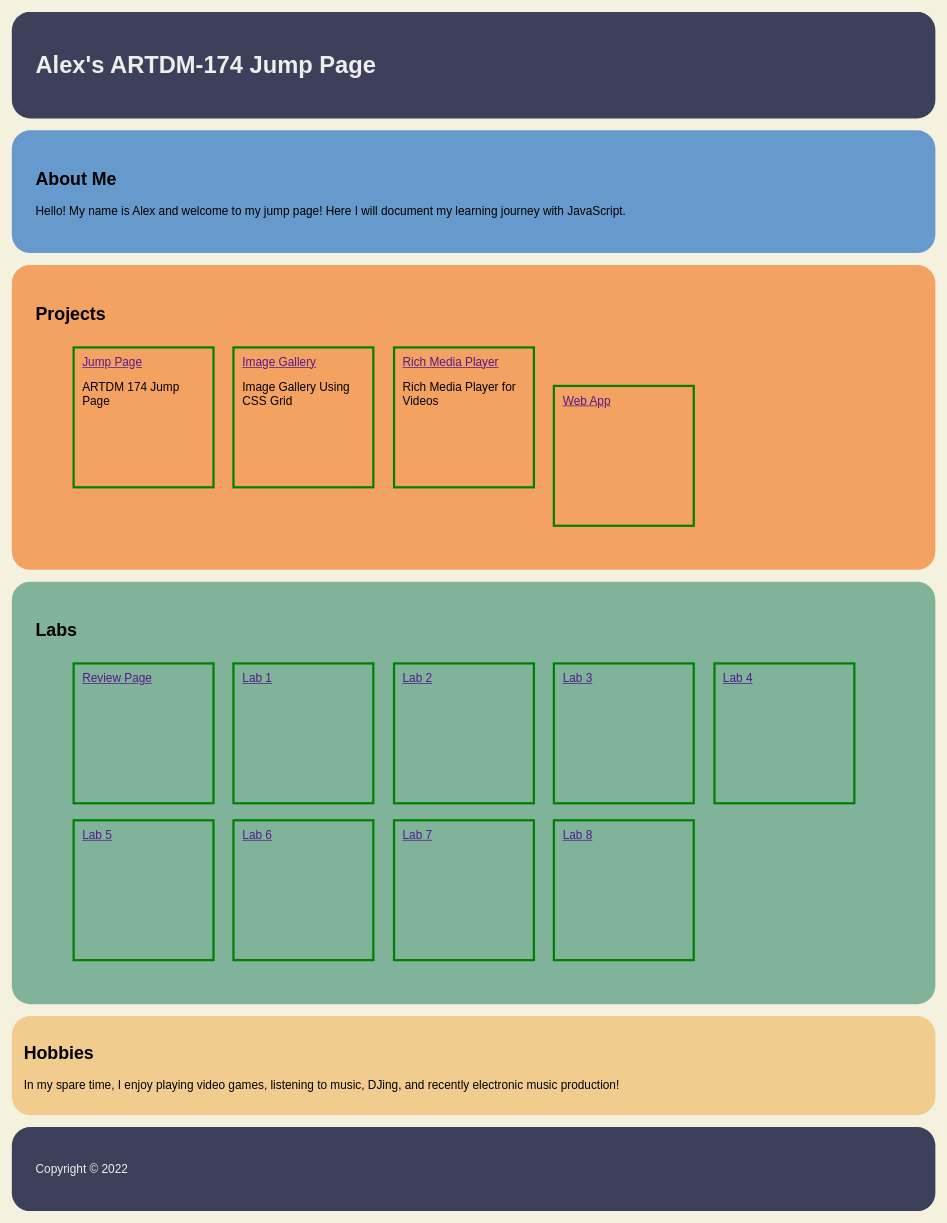
Repository: alexmaddux99/ARTDM-174
Page: CSS Animation/index.html
These files come from the project's save history. The page is drawn as it stood at one moment and after the next save; the edit follows.
The browser window is 1280 px wide. The pictures show the whole page, at 74% of full size.
Some web fonts or font styles are not loaded; a fallback is used.

Above is the page before, as saved 2022-02-10 13:28:57.

### CSS Animation/index.html
<!DOCTYPE html>
<html lang="en">
<head>
    <meta charset="UTF-8">
    <meta http-equiv="X-UA-Compatible" content="IE=edge">
    <meta name="viewport" content="width=device-width, initial-scale=1.0">
    <link rel="stylesheet" href="css/main.css">
    <link rel="preconnect" href="https://fonts.gstatic.com" crossorigin>
<link href="https://fonts.googleapis.com/css2?family=Roboto&display=swap" rel="stylesheet">
<link rel="preconnect" href="https://fonts.googleapis.com">
<link rel="preconnect" href="https://fonts.gstatic.com" crossorigin>
<link href="https://fonts.googleapis.com/css2?family=Zen+Old+Mincho:wght@900&display=swap" rel="stylesheet">
    <title>ARTDM-174 Jump Page</title>
</head>
<body>
    <header>
        <h1>Alex's ARTDM-174 Jump Page</h1>
    </header>

    <main>
        <section class="intro">
            <h2>About Me</h2>
            <p>Hello! My name is Alex and welcome to my jump page! Here I will document my learning journey with JavaScript.</p>
        </section>

        <section class="projects">
            <h2>Projects</h2>
            <ul>
                <li><a href="">Jump Page</a>
                <p>ARTDM 174 Jump Page</p></li>
                <li><a href="">Image Gallery</a>
                <p>Image Gallery Using CSS Grid</p></li>
                <li><a href="">Rich Media Player</a>
                <p>Rich Media Player for Videos</p></li>
                <li><a href="">Web App</a></li>
            </ul>
        </section>

        <section class="labs">
            <h2>Labs</h2>
           <ul>
               <li><a href="">Review Page</a></li>
               <li><a href="">Lab 1</a></li>
               <li><a href="">Lab 2</a></li>
               <li><a href="">Lab 3</a></li>
               <li><a href="">Lab 4</a></li>
               <li><a href="">Lab 5</a></li>
               <li><a href="">Lab 6</a></li>
               <li><a href="">Lab 7</a></li>
               <li><a href="">Lab 8</a></li>
           </ul>
        </section>



    </main>
    <aside>
        <h2>Hobbies</h2>
        <p>In my spare time, I enjoy playing video games, listening to music, DJing, and recently electronic music production!</p>
    </aside>

    <footer>
        <p>
            Copyright &copy; 2022
        </p>
    </footer>

</body>
</html>

### CSS Animation/css/main.css
@keyframes fadeInAnimation {
	0% {
		opacity: 0;
	}
	100% {
		opacity: 1;

	}

}

@keyframes test{
	0%{

	}

	100%
	{

	padding: .5rem 1rem;
	transition: all 1s ease;
	}
}

* {
    box-sizing: border-box;
  }

  body {
    animation: fadeInAnimation ease 1s;
    animation-iteration-count: 1;
    animation-fill-mode: forwards;
    margin:0;
    padding: 0;
    background-color: #f4f1de;
    font-family: 'Raleway', sans-serif;
  }

  header, footer {
    background: #3d405b;
    color: #eee;
    padding: 2rem;
    margin: 1rem;
    border-radius: 25px;
  }



  .intro {

      background:#6699CC;
    padding: 2rem;
    margin: 1rem;
    border-radius: 25px;
  }

  aside {
    background-color: #f2cc8f;
    padding: 1rem;
    margin: 1rem;
    border-radius: 25px;
  }

  .projects {
    background-color: #f4a261;
    padding: 2rem;
    margin: 1rem;
    border-radius: 25px;
  }

  .labs {
    background-color: #81b29a;
    padding: 2rem;
    margin: 1rem;
    border-radius: 25px;
  }

  .projects li, .labs li {
    border: 3px solid green;
    margin: 10px;
    padding: 10px;
    width: 12rem;
    height:12rem;
    display: inline-block;
  }

   ol {
    list-style: none;
     padding: 0;
  }

  li{
    transition:  .5s ease-in;
  }

  li:hover{
    transition:  .5s ease-out;
	background-color: red;
	padding: .5rem 1rem;
  }

After the next save:
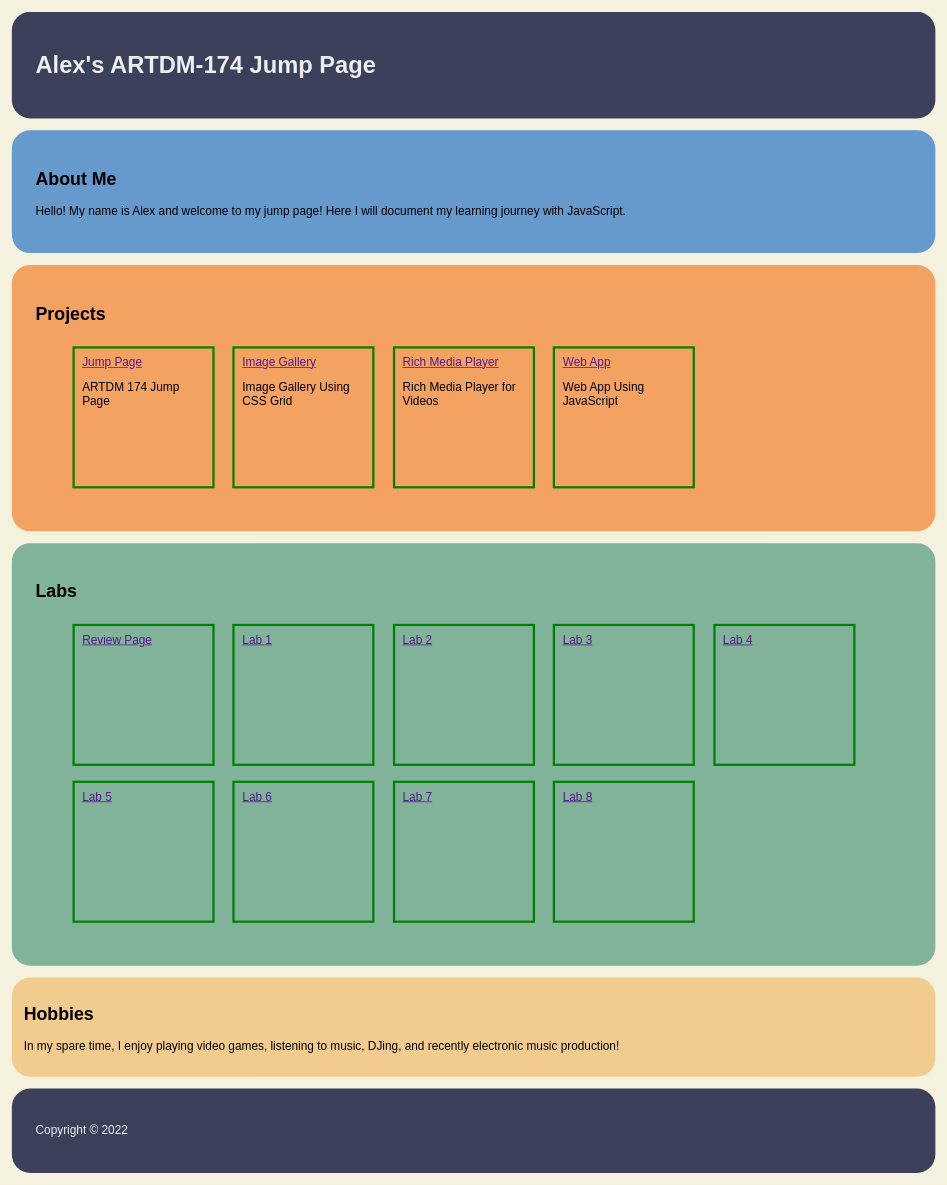
Saved 15 s later.
--- a/CSS Animation/index.html
+++ b/CSS Animation/index.html
@@ -32,7 +32,8 @@
                 <p>Image Gallery Using CSS Grid</p></li>
                 <li><a href="">Rich Media Player</a>
                 <p>Rich Media Player for Videos</p></li>
-                <li><a href="">Web App</a></li>
+                <li><a href="">Web App</a>
+                <p>Web App Using JavaScript</p></li>
             </ul>
         </section>
 
